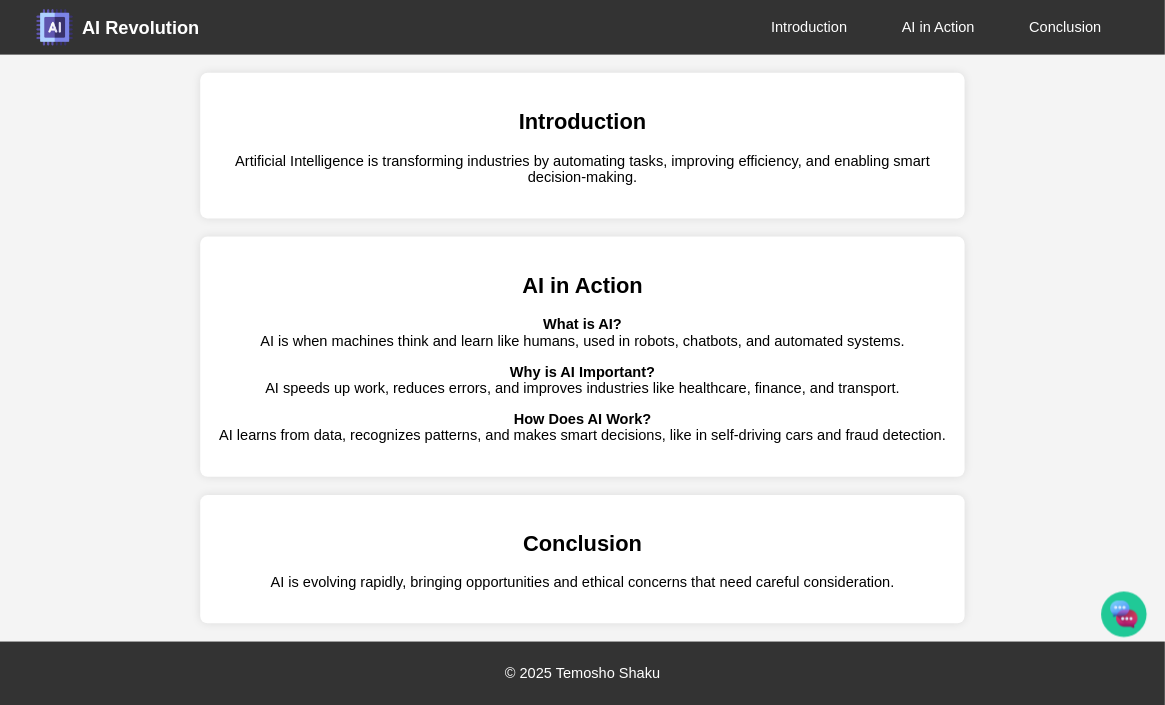
Repository: TemoshoS/ai
Page: index.html
The author's editor kept a copy of each file at every save. The page is drawn from the files as they stood at one save, then again after the next save.
The browser window is 1280 px wide. The pictures show the whole page, at 91% of full size.

Above is the page before, as saved 2025-02-17 10:51:54.

### index.html
<!DOCTYPE html>
<html lang="en">
<head>
    <meta charset="UTF-8">
    <meta name="viewport" content="width=device-width, initial-scale=1.0">
    <title>AI Revolution</title>
    <link href="https://fonts.googleapis.com/css2?family=Poppins:wght@300;400;600&display=swap" rel="stylesheet">
    <link rel="stylesheet" href="styles.css">
</head>
<body>
    <nav>
        <div class="nav-container">
            <div class="logo">
                <img src="./ai.png" alt="AI Logo">
                <span>AI Revolution</span>
            </div>
            <ul class="nav-links">
                <li><a href="#intro">Introduction</a></li>
                <li><a href="#body">AI in Action</a></li>
                <li><a href="#conclusion">Conclusion</a></li>
            </ul>
        </div>
    </nav>

    <section id="intro" class="animated-section">
        <h2>Introduction</h2>
        <p>Artificial Intelligence is transforming industries by automating tasks, improving efficiency, and enabling smart decision-making.</p>
    </section>

    <section id="body" class="animated-section">
        <h2>AI in Action</h2>
        <p><strong>What is AI?</strong><br>AI is when machines think and learn like humans, used in robots, chatbots, and automated systems.</p>
        <p><strong>Why is AI Important?</strong><br>AI speeds up work, reduces errors, and improves industries like healthcare, finance, and transport.</p>
        <p><strong>How Does AI Work?</strong><br>AI learns from data, recognizes patterns, and makes smart decisions, like in self-driving cars and fraud detection.</p>
    </section>

    <div id="chatbot">
        <div id="chatIcon">
            <img src="./speech-bubble.png" alt="Chat">
        </div>
        <div id="chatBox">
            <div class="chat-header">
                <span>AI Chat</span>
                <button id="closeChat">&times;</button>
            </div>
            <div class="chat-body">
                <p>Welcome! Ask me anything.</p>
            </div>
            <input type="text" id="chatInput" placeholder="Type your message...">
            <button id="sendChat">Send</button>
        </div>
    </div>

    <section id="conclusion" class="animated-section">
        <h2>Conclusion</h2>
        <p>AI is evolving rapidly, bringing opportunities and ethical concerns that need careful consideration.</p>
    </section>

    <footer>
        <p>&copy; 2025 Temosho Shaku</p>
    </footer>

    <script src="script.js"></script>
</body>
</html>

### styles.css
body {
    font-family: Arial, sans-serif;
    margin: 0;
    padding: 0;
    background-color: #f4f4f4;
    text-align: center;
}

/* NAVIGATION BAR */
nav {
    background: #333;
    padding: 10px 20px;
}

.nav-container {
    display: flex;
    justify-content: space-between;
    align-items: center;
    max-width: 1200px;
    margin: auto;
}

.logo {
    display: flex;
    align-items: center;
}

.logo img {
    width: 40px;
    height: 40px;
    margin-right: 10px;
}

.logo span {
    font-size: 20px;
    color: white;
    font-weight: bold;
}

.nav-links {
    list-style: none;
    display: flex;
    margin: 0;
    padding: 0;
}

.nav-links li {
    margin: 0 15px;
}

.nav-links li a {
    color: white;
    text-decoration: none;
    padding: 10px 15px;
    display: block;
}

.nav-links li a:hover {
    background-color: #20C997;
    border-radius: 5px;
}

/* CONTENT */
section {
    padding: 20px;
    max-width: 800px;
    margin: auto;
    background: white;
    margin-top: 20px;
    border-radius: 8px;
    box-shadow: 0px 0px 10px rgba(0, 0, 0, 0.1);
}

/* AI CHAT */
input {
    padding: 10px;
    width: 80%;
    border: 1px solid #ccc;
    border-radius: 5px;
    margin-top: 10px;
}

button {
    background-color: #20C997;
    color: white;
    padding: 10px 20px;
    border: none;
    font-size: 16px;
    cursor: pointer;
    margin-top: 10px;
    border-radius: 5px;
}

button:hover {
    background-color: #17a589;
}

#aiResponse {
    font-weight: bold;
    color: #333;
    margin-top: 15px;
}
/* Chat Icon */
#chatIcon {
    position: fixed;
    bottom: 20px;
    right: 20px;
    background-color: #20C997;
    width: 50px;
    height: 50px;
    border-radius: 50%;
    display: flex;
    justify-content: center;
    align-items: center;
    cursor: pointer;
}

#chatIcon img {
    width: 30px;
    height: 30px;
}

/* Chat Box */
#chatBox {
    position: fixed;
    bottom: 80px;
    right: 20px;
    width: 300px;
    background: white;
    box-shadow: 0px 0px 10px rgba(0, 0, 0, 0.2);
    border-radius: 8px;
    display: none;
    flex-direction: column;
}

.chat-header {
    background: #20C997;
    color: white;
    padding: 10px;
    display: flex;
    justify-content: space-between;
    align-items: center;
    font-weight: bold;
}

.chat-header button {
    background: none;
    border: none;
    color: white;
    font-size: 20px;
    cursor: pointer;
}

.chat-body {
    padding: 10px;
    max-height: 200px;
    overflow-y: auto;
}

#chatInput {
    width: 80%;
    padding: 10px;
    border: 1px solid #ccc;
    border-radius: 5px;
    margin: 10px;
}

#sendChat {
    background-color: #20C997;
    color: white;
    padding: 10px;
    border: none;
    cursor: pointer;
    border-radius: 5px;
}


/* FOOTER */
footer {
    margin-top: 20px;
    background-color: #333;
    color: white;
    padding: 10px;
}

### script.js
document.getElementById("chatIcon").addEventListener("click", function () {
    document.getElementById("chatBox").style.display = "flex";
});

document.getElementById("closeChat").addEventListener("click", function () {
    document.getElementById("chatBox").style.display = "none";
});

document.getElementById("sendChat").addEventListener("click", function () {
    let userInput = document.getElementById("chatInput").value.trim();
    let chatBody = document.querySelector(".chat-body");

    if (!userInput) {
        alert("Please enter a message!");
        return;
    }

    // Display user message
    let userMessage = document.createElement("p");
    userMessage.style.textAlign = "right";
    userMessage.style.color = "#20C997";
    userMessage.innerText = "You: " + userInput;
    chatBody.appendChild(userMessage);

    document.getElementById("chatInput").value = "";

    // Simulate AI response
    setTimeout(() => {
        let fakeResponses = [
            "AI helps automate repetitive tasks.",
            "Machine learning enables computers to learn from data.",
            "AI is used in chatbots, self-driving cars, and healthcare.",
            "AI raises ethical concerns, including bias and job automation.",
            "AI can improve cybersecurity by detecting threats."
        ];

        let randomResponse = fakeResponses[Math.floor(Math.random() * fakeResponses.length)];

        let aiMessage = document.createElement("p");
        aiMessage.style.textAlign = "left";
        aiMessage.style.color = "#333";
        aiMessage.innerText = "AI: " + randomResponse;
        chatBody.appendChild(aiMessage);

        chatBody.scrollTop = chatBody.scrollHeight;
    }, 1500);
});

After the next save:
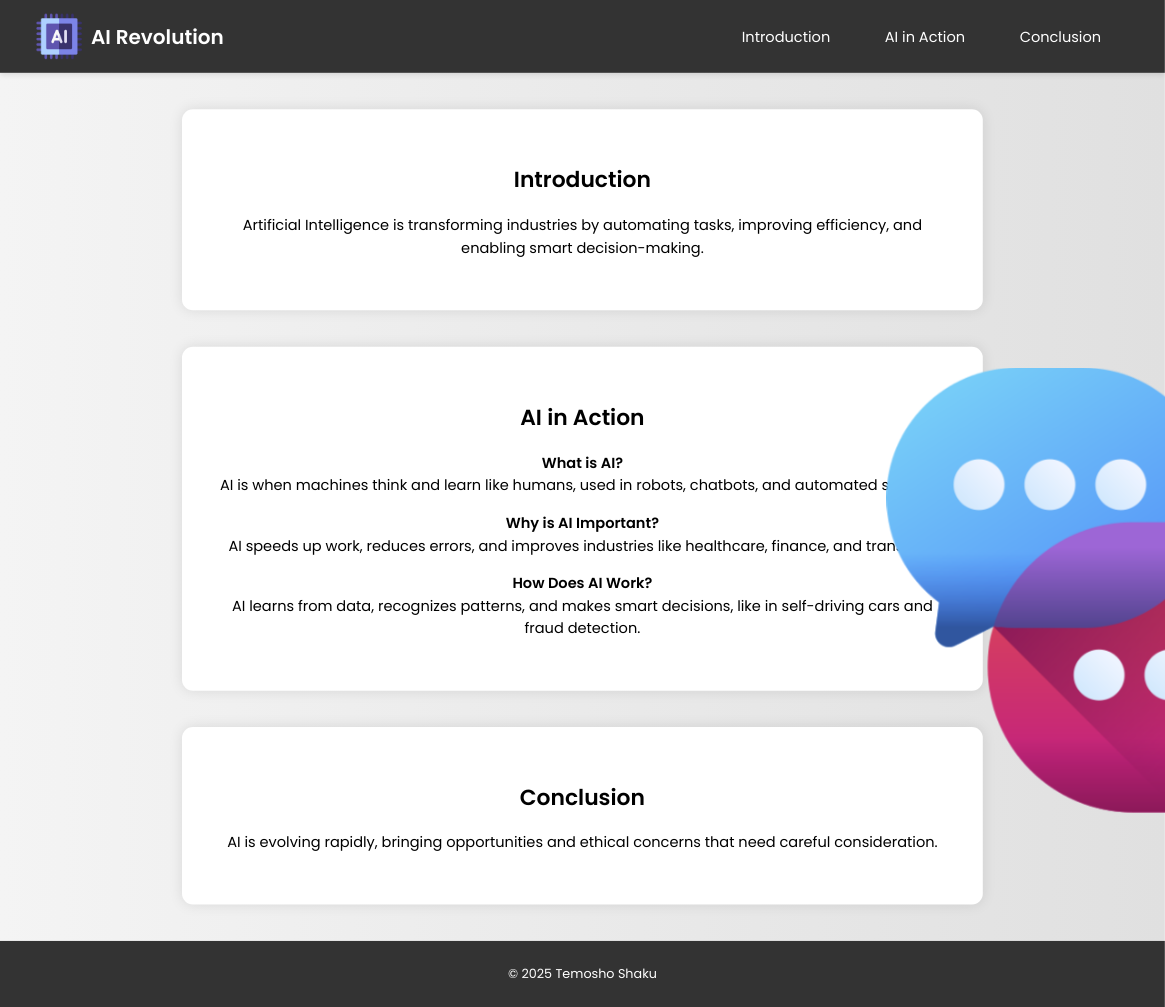
Saved 58 s later.
--- a/styles.css
+++ b/styles.css
@@ -1,15 +1,15 @@
 body {
-    font-family: Arial, sans-serif;
+    font-family: 'Poppins', sans-serif;
     margin: 0;
     padding: 0;
-    background-color: #f4f4f4;
+    background: linear-gradient(to right, #f4f4f4, #e0e0e0);
     text-align: center;
 }
 
-/* NAVIGATION BAR */
 nav {
     background: #333;
-    padding: 10px 20px;
+    padding: 15px 20px;
+    box-shadow: 0 4px 6px rgba(0, 0, 0, 0.1);
 }
 
 .nav-container {
@@ -26,13 +26,13 @@
 }
 
 .logo img {
-    width: 40px;
-    height: 40px;
+    width: 50px;
+    height: 50px;
     margin-right: 10px;
 }
 
 .logo span {
-    font-size: 20px;
+    font-size: 22px;
     color: white;
     font-weight: bold;
 }
@@ -53,82 +53,73 @@
     text-decoration: none;
     padding: 10px 15px;
     display: block;
+    border-radius: 5px;
+    transition: background 0.3s;
 }
 
 .nav-links li a:hover {
-    background-color: #20C997;
-    border-radius: 5px;
+    background: #20C997;
 }
 
-/* CONTENT */
 section {
-    padding: 20px;
+    padding: 40px;
     max-width: 800px;
-    margin: auto;
+    margin: 40px auto;
     background: white;
-    margin-top: 20px;
-    border-radius: 8px;
-    box-shadow: 0px 0px 10px rgba(0, 0, 0, 0.1);
+    border-radius: 12px;
+    box-shadow: 0px 0px 15px rgba(0, 0, 0, 0.1);
+    transition: transform 0.3s ease-in-out;
 }
 
-/* AI CHAT */
-input {
-    padding: 10px;
-    width: 80%;
-    border: 1px solid #ccc;
-    border-radius: 5px;
-    margin-top: 10px;
+.animated-section:hover {
+    transform: scale(1.02);
 }
 
 button {
-    background-color: #20C997;
+    background: #20C997;
     color: white;
-    padding: 10px 20px;
+    padding: 12px 24px;
     border: none;
     font-size: 16px;
     cursor: pointer;
-    margin-top: 10px;
+    margin-top: 15px;
     border-radius: 5px;
+    transition: background 0.3s;
 }
 
 button:hover {
-    background-color: #17a589;
+    background: #17a589;
 }
 
-#aiResponse {
-    font-weight: bold;
-    color: #333;
-    margin-top: 15px;
-}
-/* Chat Icon */
 #chatIcon {
     position: fixed;
     bottom: 20px;
     right: 20px;
-    background-color: #20C997;
-    width: 50px;
-    height: 50px;
+    background: #20C997;
+    width: 60px;
+    height: 60px;
     border-radius: 50%;
     display: flex;
     justify-content: center;
     align-items: center;
     cursor: pointer;
+    box-shadow: 0 4px 8px rgba(0, 0, 0, 0.2);
+    animation: bounce 2s infinite;
 }
 
-#chatIcon img {
-    width: 30px;
-    height: 30px;
+@keyframes bounce {
+    0%, 100% { transform: translateY(0); }
+    50% { transform: translateY(-10px); }
 }
 
-/* Chat Box */
 #chatBox {
     position: fixed;
-    bottom: 80px;
+    bottom: 90px;
     right: 20px;
-    width: 300px;
+    width: 320px;
     background: white;
-    box-shadow: 0px 0px 10px rgba(0, 0, 0, 0.2);
-    border-radius: 8px;
+    box-shadow: 0px 4px 10px rgba(0, 0, 0, 0.2);
+    border-radius: 12px;
     display: none;
     flex-direction: column;
 }
@@ -136,11 +127,12 @@
 .chat-header {
     background: #20C997;
     color: white;
-    padding: 10px;
+    padding: 12px;
     display: flex;
     justify-content: space-between;
     align-items: center;
     font-weight: bold;
+    border-radius: 12px 12px 0 0;
 }
 
 .chat-header button {
@@ -152,33 +144,15 @@
 }
 
 .chat-body {
-    padding: 10px;
-    max-height: 200px;
+    padding: 12px;
+    max-height: 250px;
     overflow-y: auto;
 }
 
-#chatInput {
-    width: 80%;
-    padding: 10px;
-    border: 1px solid #ccc;
-    border-radius: 5px;
-    margin: 10px;
+footer {
+    margin-top: 40px;
+    background: #333;
+    color: white;
+    padding: 12px;
+    font-size: 14px;
 }
-
-#sendChat {
-    background-color: #20C997;
-    color: white;
-    padding: 10px;
-    border: none;
-    cursor: pointer;
-    border-radius: 5px;
-}
-
-
-/* FOOTER */
-footer {
-    margin-top: 20px;
-    background-color: #333;
-    color: white;
-    padding: 10px;
-}

After the save that followed:
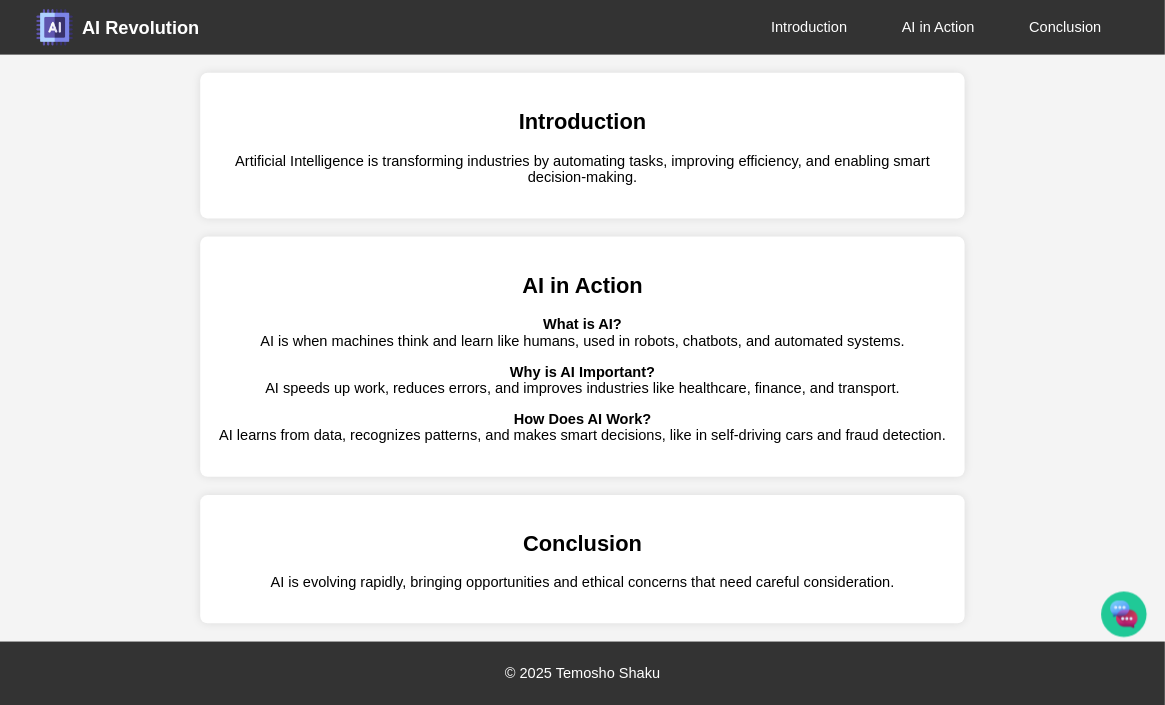
Saved 20 s later.
--- a/styles.css
+++ b/styles.css
@@ -1,15 +1,15 @@
 body {
-    font-family: 'Poppins', sans-serif;
+    font-family: Arial, sans-serif;
     margin: 0;
     padding: 0;
-    background: linear-gradient(to right, #f4f4f4, #e0e0e0);
+    background-color: #f4f4f4;
     text-align: center;
 }
 
+/* NAVIGATION BAR */
 nav {
     background: #333;
-    padding: 15px 20px;
-    box-shadow: 0 4px 6px rgba(0, 0, 0, 0.1);
+    padding: 10px 20px;
 }
 
 .nav-container {
@@ -26,13 +26,13 @@
 }
 
 .logo img {
-    width: 50px;
-    height: 50px;
+    width: 40px;
+    height: 40px;
     margin-right: 10px;
 }
 
 .logo span {
-    font-size: 22px;
+    font-size: 20px;
     color: white;
     font-weight: bold;
 }
@@ -53,73 +53,82 @@
     text-decoration: none;
     padding: 10px 15px;
     display: block;
-    border-radius: 5px;
-    transition: background 0.3s;
 }
 
 .nav-links li a:hover {
-    background: #20C997;
+    background-color: #20C997;
+    border-radius: 5px;
 }
 
+/* CONTENT */
 section {
-    padding: 40px;
+    padding: 20px;
     max-width: 800px;
-    margin: 40px auto;
+    margin: auto;
     background: white;
-    border-radius: 12px;
-    box-shadow: 0px 0px 15px rgba(0, 0, 0, 0.1);
-    transition: transform 0.3s ease-in-out;
+    margin-top: 20px;
+    border-radius: 8px;
+    box-shadow: 0px 0px 10px rgba(0, 0, 0, 0.1);
 }
 
-.animated-section:hover {
-    transform: scale(1.02);
+/* AI CHAT */
+input {
+    padding: 10px;
+    width: 80%;
+    border: 1px solid #ccc;
+    border-radius: 5px;
+    margin-top: 10px;
 }
 
 button {
-    background: #20C997;
+    background-color: #20C997;
     color: white;
-    padding: 12px 24px;
+    padding: 10px 20px;
     border: none;
     font-size: 16px;
     cursor: pointer;
-    margin-top: 15px;
+    margin-top: 10px;
     border-radius: 5px;
-    transition: background 0.3s;
 }
 
 button:hover {
-    background: #17a589;
+    background-color: #17a589;
 }
 
+#aiResponse {
+    font-weight: bold;
+    color: #333;
+    margin-top: 15px;
+}
+/* Chat Icon */
 #chatIcon {
     position: fixed;
     bottom: 20px;
     right: 20px;
-    background: #20C997;
-    width: 60px;
-    height: 60px;
+    background-color: #20C997;
+    width: 50px;
+    height: 50px;
     border-radius: 50%;
     display: flex;
     justify-content: center;
     align-items: center;
     cursor: pointer;
-    box-shadow: 0 4px 8px rgba(0, 0, 0, 0.2);
-    animation: bounce 2s infinite;
 }
 
-@keyframes bounce {
-    0%, 100% { transform: translateY(0); }
-    50% { transform: translateY(-10px); }
+#chatIcon img {
+    width: 30px;
+    height: 30px;
 }
 
+/* Chat Box */
 #chatBox {
     position: fixed;
-    bottom: 90px;
+    bottom: 80px;
     right: 20px;
-    width: 320px;
+    width: 300px;
     background: white;
-    box-shadow: 0px 4px 10px rgba(0, 0, 0, 0.2);
-    border-radius: 12px;
+    box-shadow: 0px 0px 10px rgba(0, 0, 0, 0.2);
+    border-radius: 8px;
     display: none;
     flex-direction: column;
 }
@@ -127,12 +136,11 @@
 .chat-header {
     background: #20C997;
     color: white;
-    padding: 12px;
+    padding: 10px;
     display: flex;
     justify-content: space-between;
     align-items: center;
     font-weight: bold;
-    border-radius: 12px 12px 0 0;
 }
 
 .chat-header button {
@@ -144,15 +152,33 @@
 }
 
 .chat-body {
-    padding: 12px;
-    max-height: 250px;
+    padding: 10px;
+    max-height: 200px;
     overflow-y: auto;
 }
 
+#chatInput {
+    width: 80%;
+    padding: 10px;
+    border: 1px solid #ccc;
+    border-radius: 5px;
+    margin: 10px;
+}
+
+#sendChat {
+    background-color: #20C997;
+    color: white;
+    padding: 10px;
+    border: none;
+    cursor: pointer;
+    border-radius: 5px;
+}
+
+
+/* FOOTER */
 footer {
-    margin-top: 40px;
-    background: #333;
+    margin-top: 20px;
+    background-color: #333;
     color: white;
-    padding: 12px;
-    font-size: 14px;
+    padding: 10px;
 }
